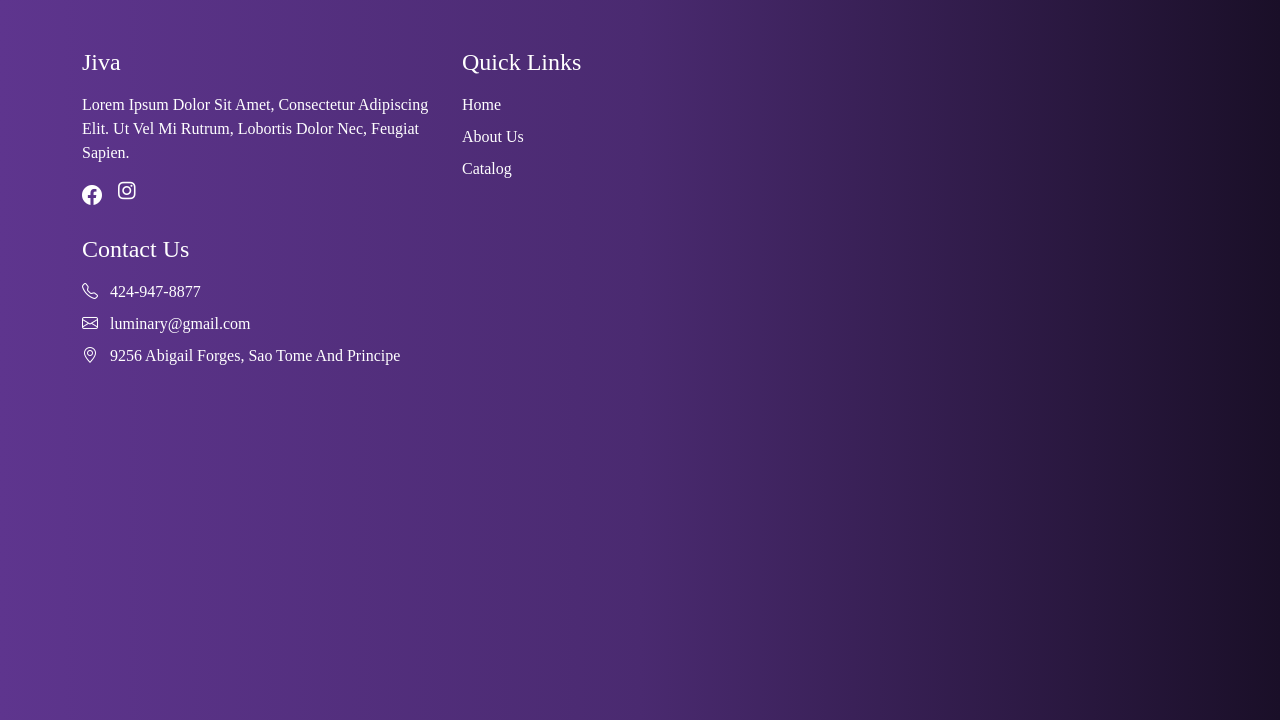
Repository: Vaishnavi323/SonaChandi
Page: http://localhost/sonachandi/application/views/common/footer.php
An editor plug-in stored every save of this project. The page is shown before and after the next save, followed by the edit.
The browser window is 1280 px wide. The pictures show the whole page.
Some web fonts or font styles are not loaded; a fallback is used. The page is run by PHP 8.4 with error messages shown; the project is at /var/www/html/.

Above is the page before, as saved 2025-06-04 16:41:10.

After the next save:
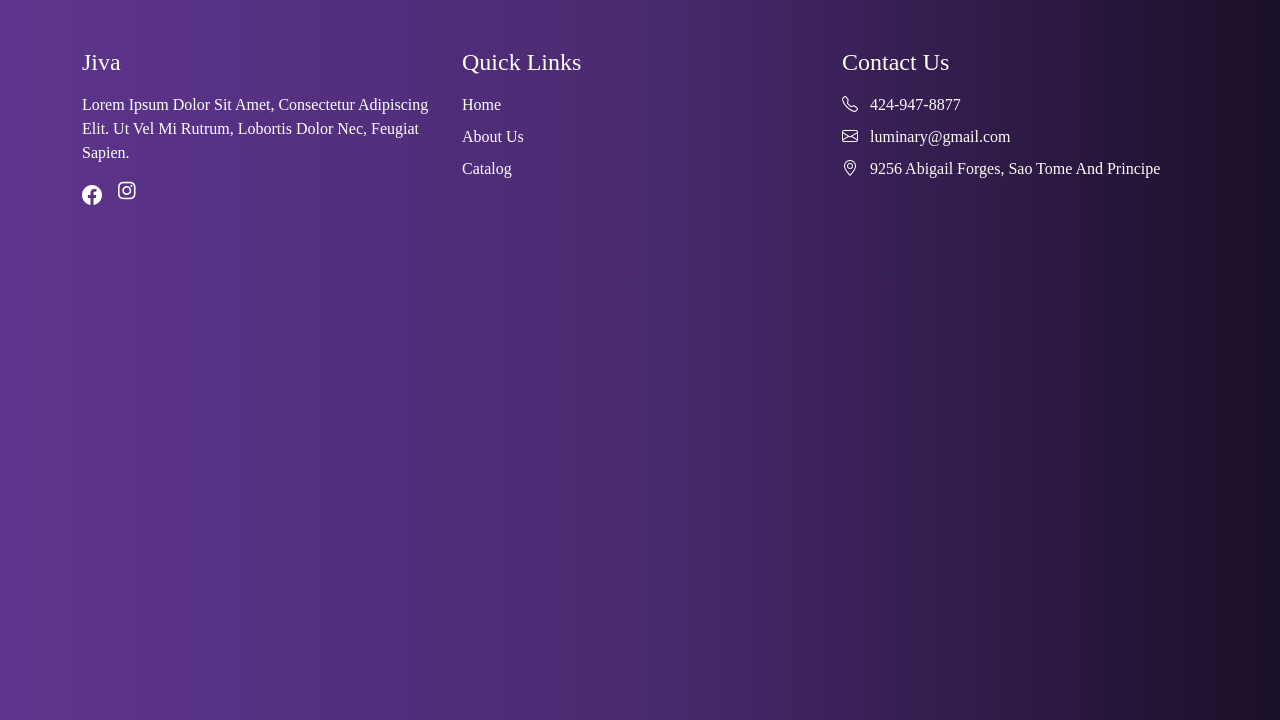
Saved 72 s later.
--- a/application/views/common/footer.php
+++ b/application/views/common/footer.php
@@ -54,7 +54,7 @@
                 </div>
 
                 <!-- Third Column: Contact Us -->
-                <div classamp;-12 col-md-4 mb-4">
+                <div class="col-12 col-md-4 mb-4">
                     <h5 class="fs-4 mb-3">Contact Us</h5>
                     <div>
                         <p class="mb-2 fs-6"><i class="bi bi-telephone me-2"></i> 424-947-8877</p>
